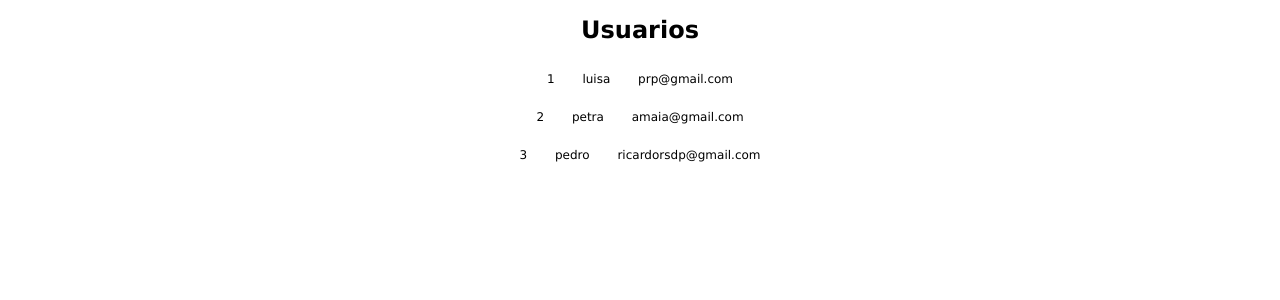
Repository: borjasegui/javaWeb
Page: http://localhost/HelloMVC/ListaUsuarios
The author's editor kept a copy of each file at every save. The page is drawn from the files as they stood at one save, then again after the next save.
The browser window is 1280 px wide. The pictures show the whole page.
The page is served by Tomcat 9. Other server files are loaded and not shown.

Above is the page before, as saved 2018-11-13 12:46:21.

### java-web/HelloMVC/WebContent/ListaUsuarios.jsp

<%@ page language="java" contentType="text/html; charset=UTF-8"
	pageEncoding="UTF-8"%>
<%@ taglib uri="http://java.sun.com/jsp/jstl/core" prefix="c"%>

<!DOCTYPE html>
<html>
<head>
<meta charset="UTF-8">
<title>Lista de usuarios</title>
<link href="./css/style.css" rel="stylesheet">
</head>
<body>

	<h1>Usuarios</h1>
	<ul>
		<c:forEach var="unUsuario" items="${losUsuarios}">
		<li>
		<div>${unUsuario.id}</div>
		<div>${unUsuario.name}</div>
		<div>${unUsuario.email}</div>


		</li>
   		</c:forEach>

	</ul>

</body>
</html>

### java-web/HelloMVC/src/com/borja/controllers/ListaUsuariosServlet.java
package com.borja.controllers;

import java.io.IOException;
import javax.servlet.ServletException;
import javax.servlet.annotation.WebServlet;
import javax.servlet.http.HttpServlet;
import javax.servlet.http.HttpServletRequest;
import javax.servlet.http.HttpServletResponse;

import com.borja.database.BBDD;
import com.borja.models.Usuario;


@WebServlet("/ListaUsuarios")
public class ListaUsuariosServlet extends HttpServlet {
	private static final long serialVersionUID = 1L;

protected void doGet(HttpServletRequest request, HttpServletResponse response) throws ServletException, IOException {

		BBDD bbdd = new BBDD();


		request.setAttribute("losUsuarios", bbdd.usuarios);

		request.getRequestDispatcher("/ListaUsuarios.jsp").forward(request, response);
	}


	protected void doPost(HttpServletRequest request, HttpServletResponse response) throws ServletException, IOException {
		// TODO Auto-generated method stub
		doGet(request, response);
	}


}

### java-web/HelloMVC/src/com/borja/database/BBDD.java
package com.borja.database;

import java.util.ArrayList;

import com.borja.models.Habitacion;
import com.borja.models.Usuario;

public class BBDD {
	public ArrayList<Usuario> usuarios = new ArrayList<Usuario>();

	public ArrayList<Habitacion> Habitaciones = new ArrayList<Habitacion>();

	public BBDD() {
		this.fillUsuarios();
		this.fillHabitaciones();
		this.relacionaruserhab();
	}
	private boolean fillUsuarios() {

		usuarios.add(new Usuario(1, "luisa","prp@gmail.com", null));
		usuarios.add(new Usuario(2, "petra","amaia@gmail.com", null));
		usuarios.add(new Usuario(3, "pedro","ricardorsdp@gmail.com", null));

		return true;
	}
	private boolean fillHabitaciones() {
		Habitaciones.add(new Habitacion(3456,"cantarranas n3", 256));
		Habitaciones.add(new Habitacion(43432,"calle real n45", 256));
		Habitaciones.add(new Habitacion(1234,"cañada real n 9", 256));

		return true;
	}
	 private boolean relacionaruserhab() {
		 usuarios.get(0).setHabitacion(Habitaciones.get(2));
		 usuarios.get(1).setHabitacion(Habitaciones.get(1));
		 usuarios.get(2).setHabitacion(Habitaciones.get(0));

		 return true;
	 }

}

### java-web/HelloMVC/src/com/borja/models/Usuario.java
package com.borja.models;

public class Usuario {
	private int id;
	private String name;
	private String email;
	private Habitacion habitacion;

	public Usuario(int id, String name, String email,Habitacion habitacion) {
		this.id = id;
		this.name = name;
		this.email = email;
		this.habitacion = habitacion;
	}

	public int getId() {
		return id;
	}

	public void setId(int id) {
		this.id = id;
	}

	public String getName() {
		return name;
	}

	public void setName(String name) {
		this.name = name;
	}

	public String getEmail() {
		return email;
	}

	public void setEmail(String email) {
		this.email = email;
	}

	public Habitacion getHabitacion() {
		return habitacion;
	}

	public void setHabitacion(Habitacion habitacion) {
		this.habitacion = habitacion;
	}






}

### java-web/HelloMVC/src/com/borja/models/Habitacion.java
package com.borja.models;

public class Habitacion {
	private int hid;
	private String calle;
	private double metros;

	public Habitacion(int hid, String calle, double metros) {
		this.hid = hid;
		this.calle = calle;
		this.metros = metros;
	}

	public int getHid() {
		return hid;
	}

	public void setHid(int hid) {
		this.hid = hid;
	}

	public String getCalle() {
		return calle;
	}

	public void setCalle(String calle) {
		this.calle = calle;
	}

	public double getMetros() {
		return metros;
	}

	public void setMetros(double metros) {
		this.metros = metros;
	}


}

### java-web/HelloMVC/WebContent/css/style.css
body {
	margin: 0;
	padding: 0;
	font-family: verdana;
	font-size: 12px;
	text-align: center;
}

h1{
	font-size: 2em;
}

ul{
	list-style: none; margin: 0; padding: 0;
}

ul > li  div {
	display : inline-block; margin :1em;
}

After the next save:
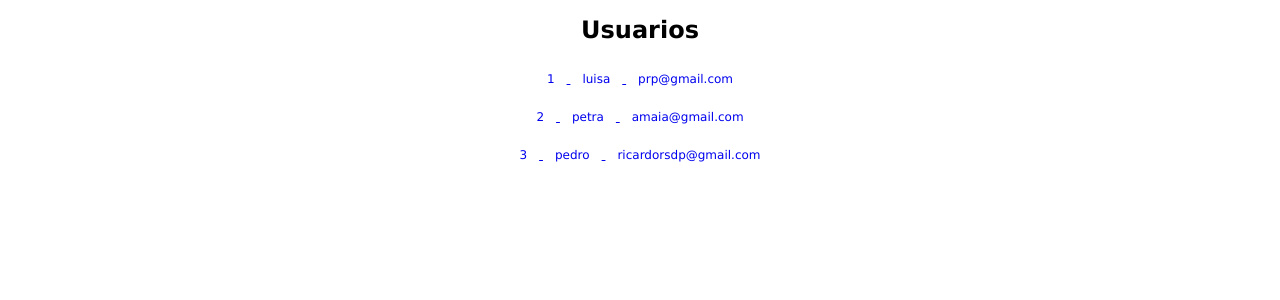
Saved 43 s later.
--- a/java-web/HelloMVC/WebContent/ListaUsuarios.jsp
+++ b/java-web/HelloMVC/WebContent/ListaUsuarios.jsp
@@ -15,12 +15,11 @@
 	<h1>Usuarios</h1>
 	<ul>
 		<c:forEach var="unUsuario" items="${losUsuarios}">
-		<li>
+		<li> <a href="./Usuario">
 		<div>${unUsuario.id}</div>
 		<div>${unUsuario.name}</div>
 		<div>${unUsuario.email}</div>
-
-
+		</a>
 		</li>
    		</c:forEach>
 
